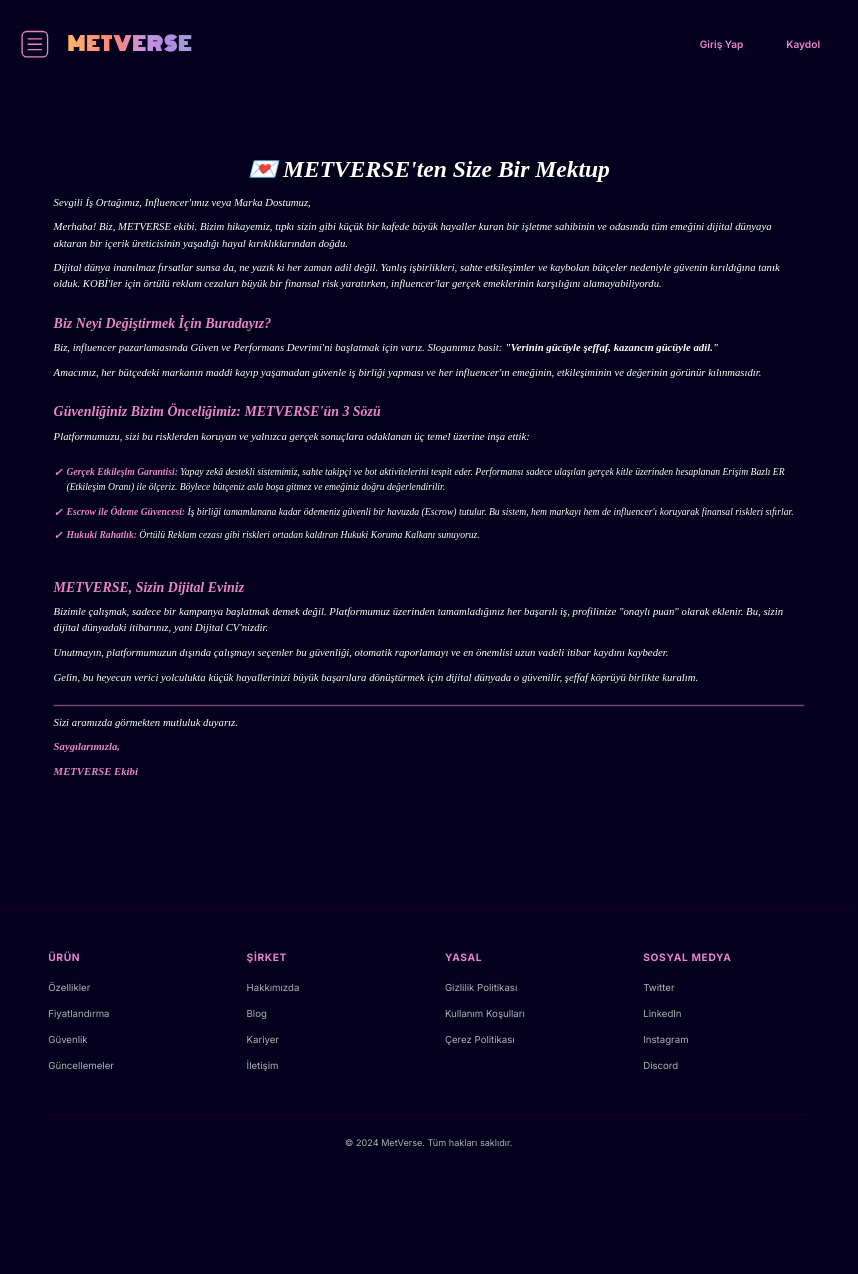
Repository: Irmaksuvari/metverse-github
Page: MetVerse Site/Hakkimizda.html
These files come from the project's save history. The page is drawn as it stood at one moment and after the next save; the edit follows.
The browser window is 1280 px wide. The pictures show the whole page, at 67% of full size.
Some web fonts or font styles are not loaded; a fallback is used.

Above is the page before, as saved 2025-12-21 00:28:39.

### MetVerse Site/Hakkimizda.html
<!DOCTYPE html>
<html lang="tr">
<head>
    <meta charset="UTF-8">
    <meta name="viewport" content="width=device-width, initial-scale=1.0">
    <title>Hakkımızda - MetVerse</title>
    <link href="https://fonts.googleapis.com/css2?family=Inter:wght@300;400;500;600;700;800&family=Roboto:wght@400;500;700&family=Genos:ital@1&display=swap" rel="stylesheet">
    <link rel="stylesheet" href="styles.css">
    <style>
        .about-section {
            background-color: rgb(4, 0, 29);
            background-image: radial-gradient(circle, rgba(232, 133, 202, 0.3) 1px, transparent 1px);
            background-size: 20px 20px;
            min-height: 100vh;
            padding:
             80px 2rem 4rem 2rem;
            position: relative;
        }

        .about-container {
            max-width: 100%;
            margin: 0 auto;
            background-color: transparent;
            border-radius: 0;
            padding: 2rem 3rem;
            box-shadow: none;
            position: relative;
            z-index: 2;
            min-height: auto;
            display: flex;
            flex-direction: column;
            justify-content: flex-start;
            overflow-y: visible;
            max-height: none;
            aspect-ratio: auto;
        }

        .about-container h1 {
            font-size: 2.2rem;
            font-weight: 800;
            color: #ffffff;
            margin-bottom: 1rem;
            text-align: center;
            line-height: 1.2;
            text-shadow: 0 2px 8px rgba(0, 0, 0, 0.5);
            font-family: 'Genos', cursive;
            font-style: italic;
        }

        .about-container h2 {
            font-size: 1.3rem;
            font-weight: 700;
            color: #e885ca;
            margin-top: 1rem;
            margin-bottom: 0.6rem;
            text-align: left;
            text-shadow: 0 2px 8px rgba(0, 0, 0, 0.5);
            font-family: 'Genos', cursive;
            font-style: italic;
        }

        .about-container p {
            font-size: 1rem;
            color: #ffffff;
            line-height: 1.5;
            margin-bottom: 0.8rem;
            text-align: left;
            text-shadow: 0 1px 3px rgba(0, 0, 0, 0.5);
            font-family: 'Genos', cursive;
            font-style: italic;
        }

        .about-container ul {
            list-style: none;
            padding: 0;
            margin: 1rem 0 1.2rem 0;
            display: flex;
            flex-direction: column;
            align-items: flex-start;
        }

        .about-container li {
            font-size: 1rem;
            color: #ffffff;
            line-height: 1.5;
            margin-bottom: 0.8rem;
            padding-left: 1.5rem;
            position: relative;
            text-align: left;
            max-width: 100%;
            text-shadow: 0 1px 3px rgba(0, 0, 0, 0.5);
            font-family: 'Genos', cursive;
            font-style: italic;
        }

        .about-container li:before {
            content: "✓";
            position: absolute;
            left: 0;
            color: #e885ca;
            font-weight: bold;
            font-size: 1rem;
            margin-right: 0.5rem;
        }

        .about-container li strong {
            color: #e885ca;
            font-weight: 700;
        }

        .about-footer-text {
            margin-top: 1rem;
            padding-top: 0.8rem;
            border-top: 2px solid rgba(232, 133, 202, 0.5);
            text-align: left;
            font-size: 1rem;
            color: #ffffff;
            line-height: 1.5;
            text-shadow: 0 1px 3px rgba(0, 0, 0, 0.5);
            font-family: 'Genos', cursive;
            font-style: italic;
        }

        .about-footer-text strong {
            color: #e885ca;
            font-weight: 700;
        }

        @media (max-width: 768px) {
            .about-section {
                padding: 120px 1rem 2rem 1rem;
            }

            .about-container {
                padding: 1.5rem 1rem;
                max-height: none;
                min-height: auto;
            }

            .about-container h1 {
                font-size: 1.4rem;
                margin-bottom: 0.8rem;
            }

            .about-container h2 {
                font-size: 0.95rem;
                margin-top: 0.8rem;
                margin-bottom: 0.5rem;
            }

            .about-container p,
            .about-container li,
            .about-footer-text {
                font-size: 0.78rem;
                line-height: 1.4;
            }
        }

        @media (max-width: 480px) {
            .about-section {
                padding: 120px 0.5rem 1.5rem 0.5rem;
            }

            .about-container {
                padding: 1rem 0.8rem;
                border-radius: 0;
                max-height: none;
                min-height: auto;
            }

            .about-container h1 {
                font-size: 1.1rem;
                margin-bottom: 0.6rem;
            }

            .about-container h2 {
                font-size: 0.85rem;
                margin-top: 0.6rem;
                margin-bottom: 0.4rem;
            }

            .about-container p,
            .about-container li,
            .about-footer-text {
                font-size: 0.75rem;
                line-height: 1.3;
            }
        }
            .about-container li,
            .about-footer-text {
                font-size: 0.9rem;
                line-height: 1.6;
            }

            .about-container li {
                padding-left: 1.2rem;
            }
        }
    </style>
</head>
<body>
    <!-- Dinamik Header Bileşeni -->
    <div id="header-container"></div>
    <script src="js/header.js"></script>
    <!-- Navigation -->


    <!-- About Section -->
    <section class="about-section">
        <div class="about-container">
            <h1>💌 METVERSE'ten Size Bir Mektup</h1>

            <p>Sevgili İş Ortağımız, Influencer'ımız veya Marka Dostumuz,</p>

            <p>Merhaba! Biz, METVERSE ekibi. Bizim hikayemiz, tıpkı sizin gibi küçük bir kafede büyük hayaller kuran bir işletme sahibinin ve odasında tüm emeğini dijital dünyaya aktaran bir içerik üreticisinin yaşadığı hayal kırıklıklarından doğdu.</p>

            <p>Dijital dünya inanılmaz fırsatlar sunsa da, ne yazık ki her zaman adil değil. Yanlış işbirlikleri, sahte etkileşimler ve kaybolan bütçeler nedeniyle güvenin kırıldığına tanık olduk. KOBİ'ler için örtülü reklam cezaları büyük bir finansal risk yaratırken, influencer'lar gerçek emeklerinin karşılığını alamayabiliyordu.</p>

            <h2>Biz Neyi Değiştirmek İçin Buradayız?</h2>

            <p>Biz, influencer pazarlamasında Güven ve Performans Devrimi'ni başlatmak için varız. Sloganımız basit: <strong>"Verinin gücüyle şeffaf, kazancın gücüyle adil."</strong></p>

            <p>Amacımız, her bütçedeki markanın maddi kayıp yaşamadan güvenle iş birliği yapması ve her influencer'ın emeğinin, etkileşiminin ve değerinin görünür kılınmasıdır.</p>

            <h2>Güvenliğiniz Bizim Önceliğimiz: METVERSE'ün 3 Sözü</h2>

            <p>Platformumuzu, sizi bu risklerden koruyan ve yalnızca gerçek sonuçlara odaklanan üç temel üzerine inşa ettik:</p>

            <ul>
                <li><strong>Gerçek Etkileşim Garantisi:</strong> Yapay zekâ destekli sistemimiz, sahte takipçi ve bot aktivitelerini tespit eder. Performansı sadece ulaşılan gerçek kitle üzerinden hesaplanan Erişim Bazlı ER (Etkileşim Oranı) ile ölçeriz. Böylece bütçeniz asla boşa gitmez ve emeğiniz doğru değerlendirilir.</li>

                <li><strong>Escrow ile Ödeme Güvencesi:</strong> İş birliği tamamlanana kadar ödemeniz güvenli bir havuzda (Escrow) tutulur. Bu sistem, hem markayı hem de influencer'ı koruyarak finansal riskleri sıfırlar.</li>

                <li><strong>Hukuki Rahatlık:</strong> Örtülü Reklam cezası gibi riskleri ortadan kaldıran Hukuki Koruma Kalkanı sunuyoruz.</li>
            </ul>

            <h2>METVERSE, Sizin Dijital Eviniz</h2>

            <p>Bizimle çalışmak, sadece bir kampanya başlatmak demek değil. Platformumuz üzerinden tamamladığınız her başarılı iş, profilinize "onaylı puan" olarak eklenir. Bu, sizin dijital dünyadaki itibarınız, yani Dijital CV'nizdir.</p>

            <p>Unutmayın, platformumuzun dışında çalışmayı seçenler bu güvenliği, otomatik raporlamayı ve en önemlisi uzun vadeli itibar kaydını kaybeder.</p>

            <p>Gelin, bu heyecan verici yolculukta küçük hayallerinizi büyük başarılara dönüştürmek için dijital dünyada o güvenilir, şeffaf köprüyü birlikte kuralım.</p>

            <div class="about-footer-text">
                <p>Sizi aramızda görmekten mutluluk duyarız.</p>
                <p><strong>Saygılarımızla,</strong></p>
                <p><strong>METVERSE Ekibi</strong></p>
            </div>
        </div>
    </section>

    <!-- Footer -->
    <footer>
        <div class="container">
            <div class="footer-content">
                <div class="footer-section">
                    <h4>Ürün</h4>
                    <ul>
                        <li><a href="#features">Özellikler</a></li>
                        <li><a href="#">Fiyatlandırma</a></li>
                        <li><a href="#">Güvenlik</a></li>
                        <li><a href="#">Güncellemeler</a></li>
                    </ul>
                </div>
                <div class="footer-section">
                    <h4>Şirket</h4>
                    <ul>
                        <li><a href="#">Hakkımızda</a></li>
                        <li><a href="#">Blog</a></li>
                        <li><a href="#">Kariyer</a></li>
                        <li><a href="#">İletişim</a></li>
                    </ul>
                </div>
                <div class="footer-section">
                    <h4>Yasal</h4>
                    <ul>
                        <li><a href="#">Gizlilik Politikası</a></li>
                        <li><a href="#">Kullanım Koşulları</a></li>
                        <li><a href="#">Çerez Politikası</a></li>
                    </ul>
                </div>
                <div class="footer-section">
                    <h4>Sosyal Medya</h4>
                    <ul>
                        <li><a href="#">Twitter</a></li>
                        <li><a href="#">LinkedIn</a></li>
                        <li><a href="#">Instagram</a></li>
                        <li><a href="#">Discord</a></li>
                    </ul>
                </div>
            </div>
            <div class="footer-bottom">
                <p>&copy; 2024 MetVerse. Tüm hakları saklıdır.</p>
            </div>
        </div>
    </footer>


</body>
</html>

### MetVerse Site/includes/header.html
<nav class="main-header">
    <div class="header-container">
        <!-- SOL: Toggle Menü Butonu + Logo -->
        <div class="header-left">
            <button class="menu-toggle" id="menuToggle">
                <span></span>
                <span></span>
                <span></span>
            </button>
            <a href="/" class="logo-wrapper logo-text-wrapper">
                <span class="logo-text">METVERSE</span>
            </a>
        </div>

        <!-- ORTA: Giriş Yapılı Kullanıcı Navigasyonu -->
        <div class="header-center">
            <nav class="authenticated-nav" id="authenticatedNav" style="display: none;">
                <a href="/influencer-anasayfa" class="nav-item">Profil</a>
                <a href="/analyses" class="nav-item">Analizler</a>
                <a href="/basvuru-ve-teklifler" class="nav-item">Başvuru ve Teklifler</a>
                <a href="/kesfet" class="nav-item">Keşfet</a>
            </nav>
            <nav class="authenticated-nav" id="markaAuthenticatedNav" style="display: none;">
                <a href="/marka-anasayfa" class="nav-item" id="markaProfilLink">Profil</a>
                <a href="/kampanyalarim" class="nav-item" id="markaKampanyalarimLink">Kampanyalarım</a>
                <a href="/analyses" class="nav-item">İşbirliği Analizleri</a>
                <a href="/isbirlikleri" class="nav-item" id="markaIsbirliklerLink">İşbirlikleri</a>
                <a href="/kesfet-marka" class="nav-item" id="markaKesfetLink">Keşfet</a>
            </nav>
        </div>

        <!-- SAĞ: Aksiyon Butonları (Misafir Modu) veya Profil (Giriş Yapılı) -->
        <div class="header-right">
            <!-- GÖRÜNÜM 1: Giriş Yapılı Değilse (Misafir Header) -->
            <div id="general-nav-actions" class="nav-actions">
                <a href="/giris-yap" class="nav-btn login-btn">Giriş Yap</a>
                <a href="/kayit-secim" class="nav-btn register-btn">Kaydol</a>
            </div>

            <!-- GÖRÜNÜM 2: Giriş Yapılı İse (Influencer Header) -->
            <div id="user-nav-actions" class="nav-actions" style="display: none;">
                <div class="profile-section">
                    <div class="profile-name-display" id="profileNameDisplay">
                        <span id="displayUserName">Kullanıcı</span>
                    </div>
                    <button id="profileBtn" class="profile-btn">
                        <span class="profile-icon">👤</span>
                    </button>
                    <div class="dropdown-menu" id="dropdownMenu" style="display: none;">
                        <div class="dropdown-header">
                            <div class="user-info">
                                <h4 id="userName">Kullanıcı Adı</h4>
                                <p id="userEmail">email@example.com</p>
                            </div>
                        </div>
                        <div class="dropdown-divider"></div>
                        <button id="hesabıTamamlaBtn" class="dropdown-item hesabi-tamamla-btn">✓ Hesabı Tamamla</button>
                        <button id="baglantilarBtn" class="dropdown-item baglantilar-btn">🔗 Bağlantılar</button>
                        <button id="logoutBtn" class="dropdown-item logout-btn">Çıkış Yap</button>
                    </div>
                </div>
            </div>
        </div>

        <!-- Yan Menü (Sidebar) -->
        <div class="nav-menu" id="navMenu">
            <a href="/" class="nav-menu-item">Anasayfa</a>
            <a href="/basari-hikayeleri" class="nav-menu-item">Başarı Hikayeleri</a>
            <a href="/blog" class="nav-menu-item">Blog</a>
            <a href="/hakkimizda" class="nav-menu-item">Hakkımızda</a>
            <a href="/iletisim" class="nav-menu-item">İletişim</a>
        </div>
        <div class="nav-overlay" id="navOverlay"></div>
    </div>
</nav>

Loaded but not shown: MetVerse Site/js/header.js (1905 lines, source omitted); MetVerse Site/styles.css (3385 lines, source omitted)

After the next save:
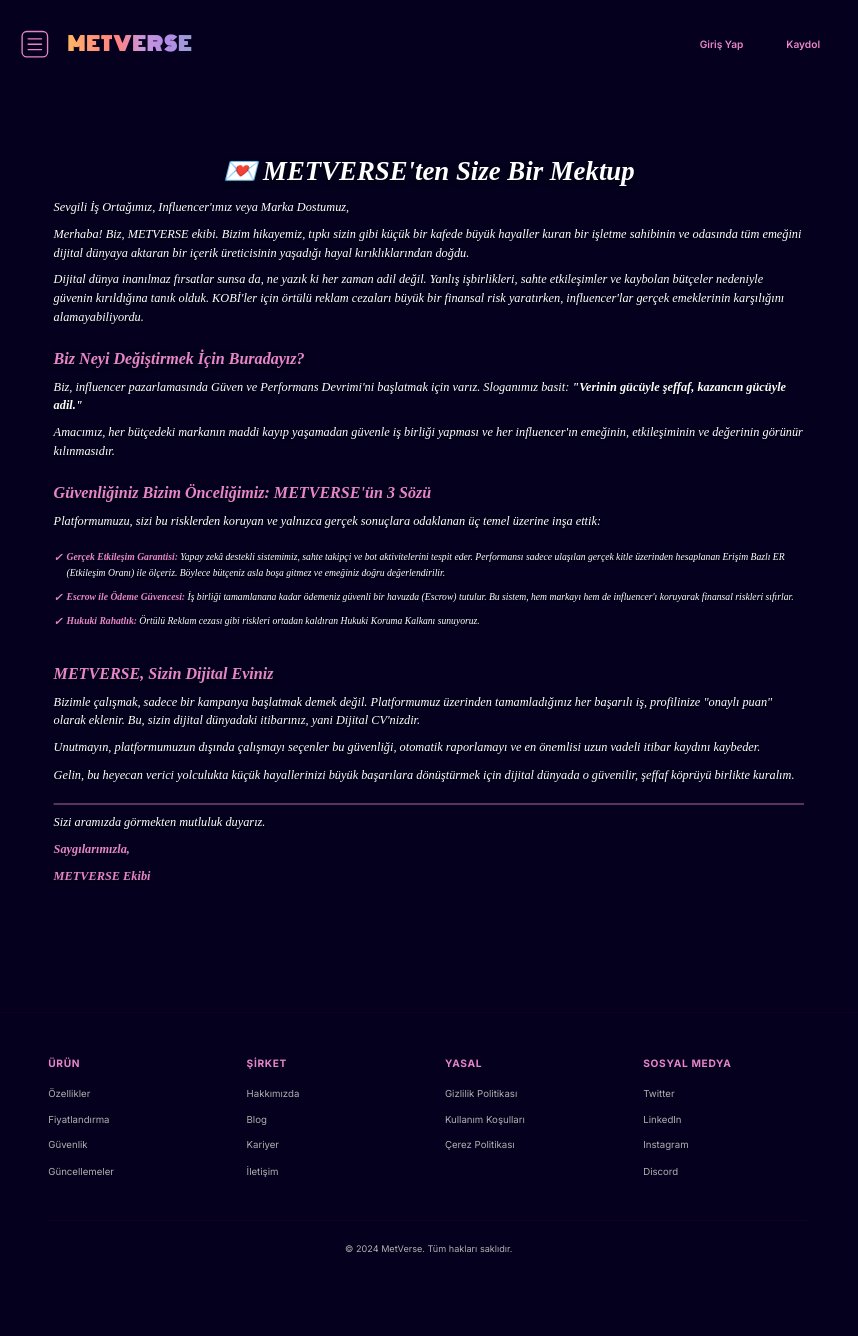
Saved 41 s later.
--- a/MetVerse Site/Hakkimizda.html
+++ b/MetVerse Site/Hakkimizda.html
@@ -36,7 +36,7 @@
         }
 
         .about-container h1 {
-            font-size: 2.2rem;
+            font-size: 2.5rem;
             font-weight: 800;
             color: #ffffff;
             margin-bottom: 1rem;
@@ -48,7 +48,7 @@
         }
 
         .about-container h2 {
-            font-size: 1.3rem;
+            font-size: 1.5rem;
             font-weight: 700;
             color: #e885ca;
             margin-top: 1rem;
@@ -60,7 +60,7 @@
         }
 
         .about-container p {
-            font-size: 1rem;
+            font-size: 1.15rem;
             color: #ffffff;
             line-height: 1.5;
             margin-bottom: 0.8rem;
@@ -80,7 +80,7 @@
         }
 
         .about-container li {
-            font-size: 1rem;
+            font-size: 1.15rem;
             color: #ffffff;
             line-height: 1.5;
             margin-bottom: 0.8rem;
@@ -113,7 +113,7 @@
             padding-top: 0.8rem;
             border-top: 2px solid rgba(232, 133, 202, 0.5);
             text-align: left;
-            font-size: 1rem;
+            font-size: 1.15rem;
             color: #ffffff;
             line-height: 1.5;
             text-shadow: 0 1px 3px rgba(0, 0, 0, 0.5);
